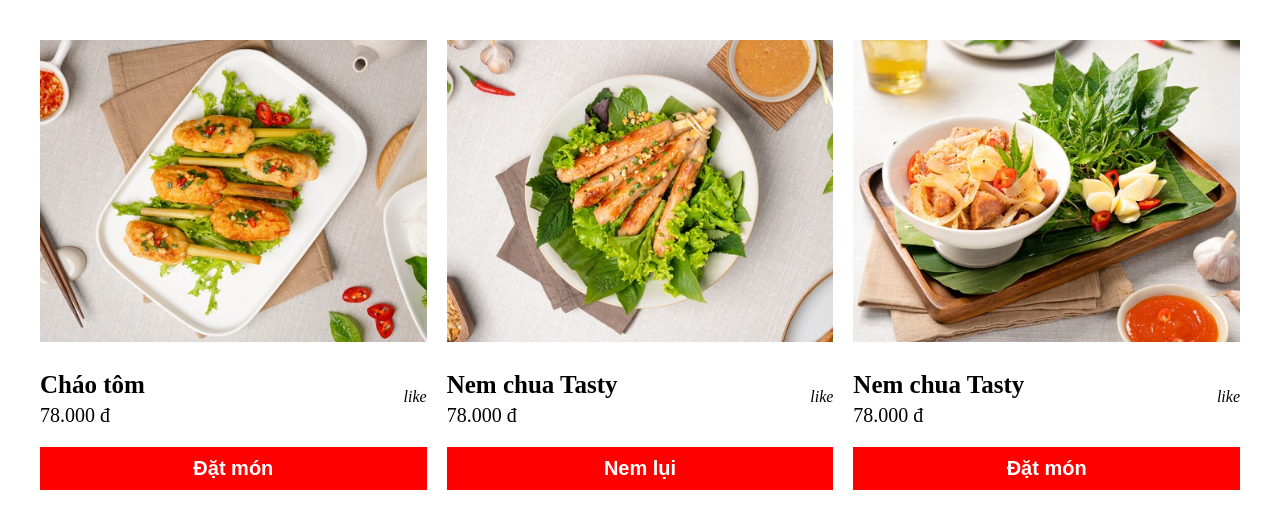
Repository: khoitq-acl/dolphin-restaurant
Page: index.html
These files come from the project's save history. The page is drawn as it stood at one moment and after the next save; the edit follows.
The browser window is 1280 px wide. The pictures show the whole page.

Above is the page before, as saved 2023-06-01 16:11:04.

### index.html
<!DOCTYPE html>
<html lang="en">
<head>
    <meta charset="UTF-8">
    <meta http-equiv="X-UA-Compatible" content="IE=edge">
    <meta name="viewport" content="width=device-width, initial-scale=1.0">
    <title>Dolphin</title>
    <link rel="stylesheet" href="style.css">
</head>
<body>
    <div class="item-list">
        <div class="item-row">
            <div class="item">

                <div class="img">
                    <img src="./img/chao-tom-4e2c.jpg" alt="chao-tom">
                </div>

                <div class="item-des">
                    <div class="item-text">
                        <p>Cháo tôm</p>
                        <span>78.000 đ</span>
                    </div>
                    <div class="item-icon">
                        <i>like</i>
                    </div>
                </div>

                <button class="btn-order">Đặt món</button>
            </div>

            <div class="item">

                <div class="img">
                    <img src="./img/nem-lui-434c.jpg" alt="nem-lui">
                </div>

                <div class="item-des">
                    <div class="item-text">
                        <p>Nem chua Tasty</p>
                        <span>78.000 đ</span>
                    </div>
                    <div class="item-icon">
                        <i>like</i>
                    </div>
                </div>

                <button class="btn-order">Nem lụi</button>
            </div>

            <div class="item">

                <div class="img">
                    <img src="./img/nem-chua-423b.jpg" alt="nem-chua">
                </div>

                <div class="item-des">
                    <div class="item-text">
                        <p>Nem chua Tasty</p>
                        <span>78.000 đ</span>
                    </div>
                    <div class="item-icon">
                        <i>like</i>
                    </div>
                </div>

                <button class="btn-order">Đặt món</button>
            </div>
        </div>
    </div>
</body>
</html>

### style.css
* {
    margin: 0;
    padding: 0;
    box-sizing: border-box;
}
.item-row {
    display: flex;
    justify-content: space-between;
    padding: 40px;
    gap: 20px;
}
.item {
    height: 300px;
    display: flex;
    flex-direction: column;
    justify-content: space-between;
}

img, .img img {
    width: 100%;
}

.item-des {
    width: 100%;
    padding: 20px 0;
    display: flex;
    justify-content: space-between;
    align-items: center;
}

.item-text p {
    font-size: 25px;
    font-weight: bolder;
    padding: 5px 0;
}

.item-text span {
    font-size: 20px;
}

.btn-order {
    padding: 10px ;
    background-color: red;
    border: none;
    outline: none;
    color: white;
    font-size: 20px;
    font-weight: bold;
}

After the next save:
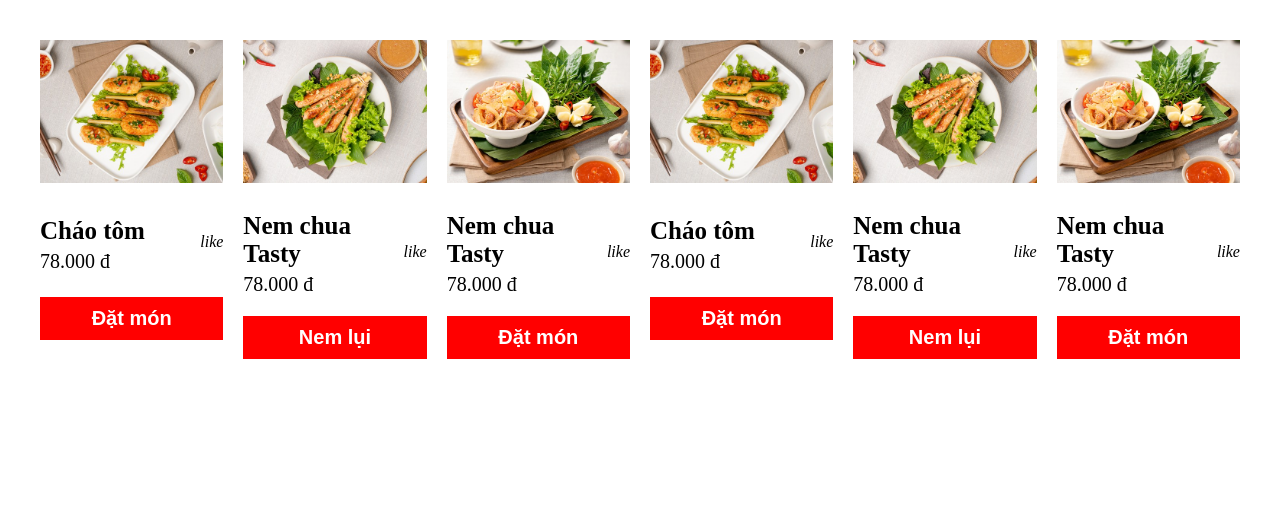
Saved 66 s later.
--- a/index.html
+++ b/index.html
@@ -1,5 +1,6 @@
 <!DOCTYPE html>
 <html lang="en">
+
 <head>
     <meta charset="UTF-8">
     <meta http-equiv="X-UA-Compatible" content="IE=edge">
@@ -7,6 +8,7 @@
     <title>Dolphin</title>
     <link rel="stylesheet" href="style.css">
 </head>
+
 <body>
     <div class="item-list">
         <div class="item-row">
@@ -66,7 +68,64 @@
 
                 <button class="btn-order">Đặt món</button>
             </div>
+            <div class="item">
+
+                <div class="img">
+                    <img src="./img/chao-tom-4e2c.jpg" alt="chao-tom">
+                </div>
+
+                <div class="item-des">
+                    <div class="item-text">
+                        <p>Cháo tôm</p>
+                        <span>78.000 đ</span>
+                    </div>
+                    <div class="item-icon">
+                        <i>like</i>
+                    </div>
+                </div>
+
+                <button class="btn-order">Đặt món</button>
+            </div>
+
+            <div class="item">
+
+                <div class="img">
+                    <img src="./img/nem-lui-434c.jpg" alt="nem-lui">
+                </div>
+
+                <div class="item-des">
+                    <div class="item-text">
+                        <p>Nem chua Tasty</p>
+                        <span>78.000 đ</span>
+                    </div>
+                    <div class="item-icon">
+                        <i>like</i>
+                    </div>
+                </div>
+
+                <button class="btn-order">Nem lụi</button>
+            </div>
+
+            <div class="item">
+
+                <div class="img">
+                    <img src="./img/nem-chua-423b.jpg" alt="nem-chua">
+                </div>
+
+                <div class="item-des">
+                    <div class="item-text">
+                        <p>Nem chua Tasty</p>
+                        <span>78.000 đ</span>
+                    </div>
+                    <div class="item-icon">
+                        <i>like</i>
+                    </div>
+                </div>
+
+                <button class="btn-order">Đặt món</button>
+            </div>
         </div>
     </div>
 </body>
+
 </html>
